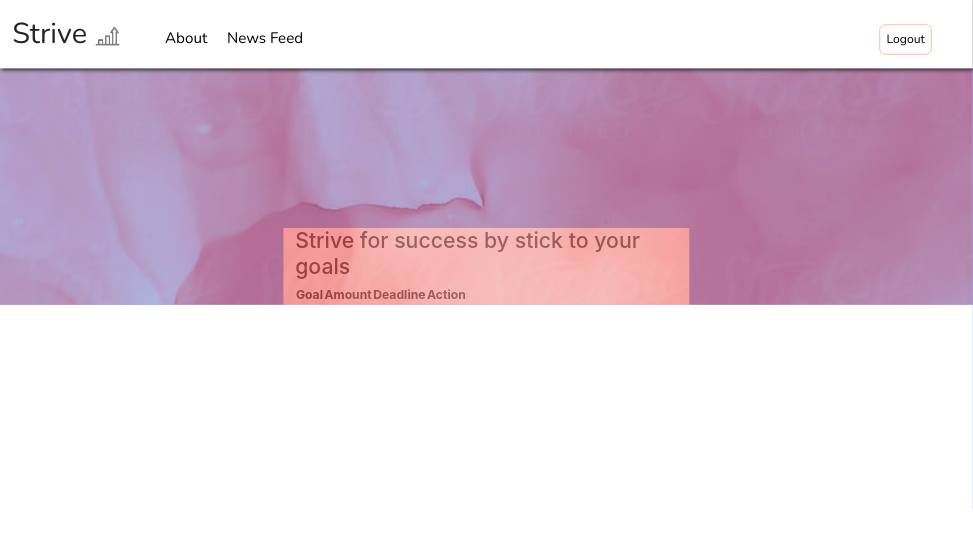
Repository: NoraOK/Strive
Page: http://localhost/strive/WEB-INF/strive/allGoals.jsp
These files come from the project's save history. The page is drawn as it stood at one moment and after the next save; the edit follows.
The browser window is 1280 px wide. The pictures show the whole page, at 76% of full size.
The page is served by Tomcat 9. Nobody is signed in. The template is opened directly, without the code that normally fills it, so the values that code supplies are empty.

Above is the page before, as saved 2019-12-20 07:49:44.

After the next save:
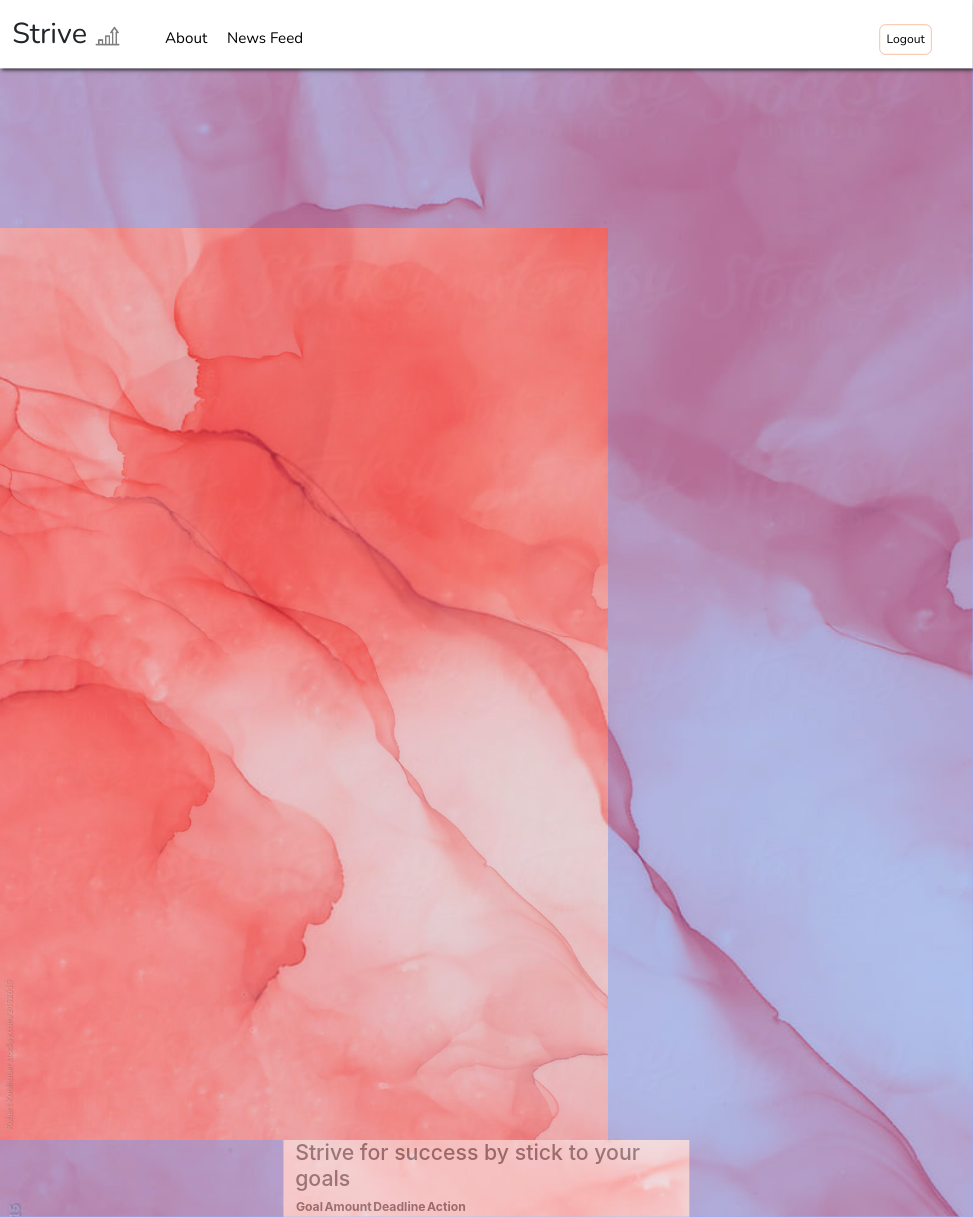
Saved 2 min 35 s later.
--- a/strive/src/main/webapp/WEB-INF/strive/allGoals.jsp
+++ b/strive/src/main/webapp/WEB-INF/strive/allGoals.jsp
@@ -17,6 +17,7 @@
 		<jsp:include page="header.jsp" />
 	</div>
 	<div class="body">
+	<img src="/images/coral_abstract.jpg">
 	<div class="container col-5 spotlight">
 		<h3>Strive for success by stick to your goals</h3>
 			<table>
